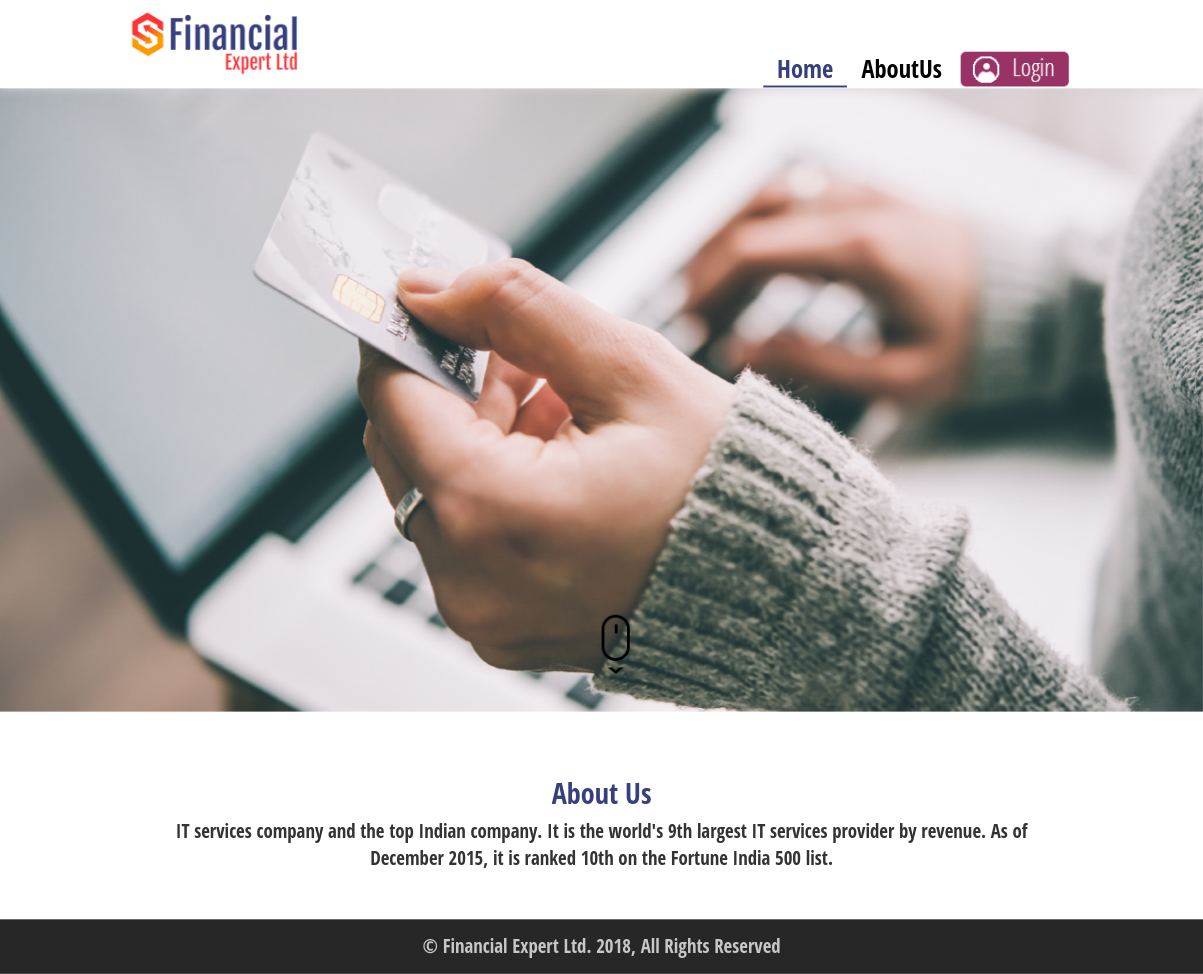
Repository: intkhabahmed/AcceleratedBootcampWebsites
Page: http://localhost/BenefitsCards/UI/index.jsp
The author's editor kept a copy of each file at every save. The page is drawn from the files as they stood at one save, then again after a run of saves.
The browser window is 1280 px wide. The pictures show the whole page, at 94% of full size.
Some web fonts or font styles are not loaded; a fallback is used. The page is served by Tomcat 9. Nobody is signed in. The application's start-up code is not run. Other server files are loaded and not shown.

Above is the page before, as saved 2018-01-30 05:35:47.

### BenefitsCards/WebContent/UI/index.jsp
<%@ page language="java" contentType="text/html; charset=ISO-8859-1"
	pageEncoding="ISO-8859-1"%>
<%@taglib uri="http://java.sun.com/jsp/jstl/core" prefix="c"%>
<!DOCTYPE html>
<html>
<head>
<title>Home</title>
<meta http-equiv="Content-Type" content="text/html; charset=ISO-8859-1">
<meta name="viewport" content="width=device-width, initial-scale=1.0">
<link rel="stylesheet" type="text/css" href="css/bootstrap.min.css">
<link rel="stylesheet" type="text/css" href="css/font-awesome.min.css">
<link rel="stylesheet" type="text/css" href="css/custom.css">
<link
	href='https://fonts.googleapis.com/css?family=Open Sans Condensed:300'
	rel='stylesheet'>
</head>
<body id="home">

	<jsp:include page="header.jsp"></jsp:include>


	<!-- <div class="row"> -->
	<div id="carousel-example-generic" class="carousel slide"
		data-ride="carousel">
		<!-- Indicators -->
		<img src="images/downarrow.png" alt="DownArrow" id="downarrow" />
		<!-- Wrapper for slides -->
		<div class="carousel-inner" role="listbox">
			<div class="item active">
				<img src="images/banner.png" alt="">
			</div>
		</div>

	</div>
	<!--end carousel-->

	<!-- </div> -->
	<div class="container">
		<hr>
		<div class="row">
			<div id="aboutus">
				<h2 align="center">About Us</h2>
				<p align="center">IT services company and the top Indian
					company. It is the world's 9th largest IT services provider by
					revenue. As of December 2015, it is ranked 10th on the Fortune
					India 500 list.</p>
			</div>
			<!--end aboutus-->
		</div>
		<hr>
	</div>
	<!--end container-->
	<div id="footer">
		<footer>
			<p align="center">&copy; Financial Expert Ltd. 2018, All Rights
				Reserved</p>
		</footer>
	</div>
	<div class="overlay" title="click to close"></div>
	<div id="loginWindow">
		<h2 align="center">Login Form</h2>
		<form class="form-vertical" method="post" action="login.html"
			id="login_form">
			<div class="form-group">
				<input type="text" name="username" required="required"
					class="form-control" placeholder="Enter UserName" /> <input
					type="password" name="password" required="required"
					class="form-control" placeholder="Enter Password" />

			</div>
			<div class="form-group">
				<h4><a href="#" class="pull-left">Forgot Password?</a></h4> <input
					type="submit" name="login_btn" id="login_btn" value="Login"
					class="pull-right btn btn-default" />
			</div>
		</form>
	</div>
	<div id="queryWindow">
		<h2 align="center">Query Form</h2>
		<form class="form-vertical" method="post" action="askQuery.html"
			id="query_form">
			<div class="form-group">
				<label class="form-label" for="receiver">Choose Company</label> <br>
				<input type="radio" name="receiver" required="required"
					value="BeneesFradia" /> BeneesFradia &nbsp;&nbsp;
					<input type="radio" name="receiver" value="QuickgunHeadley"/> QuickgunHeadley <br>
			</div>
			<div class="form-group">
				<textarea rows="4" class="form-control"
					placeholder="Enter the query" name="query"></textarea>
				<input type="submit" name="querySubmit_btn" id="querySubmit_btn"
					value="Send" class="form-control btn btn-default" />
			</div>
		</form>
	</div>

	<script type="text/javascript" src="js/jquery-3.1.0.min.js"></script>
	<script type="text/javascript" src="js/bootstrap.min.js"></script>
	<script type="text/javascript" src="js/custom.js"></script>
	<c:if test="${errorMessage ne null}">
		<%-- 	<div class="alert alert-danger" role="alert" >"${errorMessage}"</div> --%>
		<script>
			alert("${errorMessage}");
			showLoginPage();
		</script>
	</c:if>
	<c:if test="${successMessage ne null}">
		<%-- 	<div class="alert alert-success" role="alert">"${successMessage}"</div> --%>
		<script>
			alert("${successMessage}");
		</script>
	</c:if>
</body>
</html>

### BenefitsCards/WebContent/UI/header.jsp
<%@ page language="java" contentType="text/html; charset=ISO-8859-1"
    pageEncoding="ISO-8859-1"%>
<%@taglib uri="http://java.sun.com/jsp/jstl/core" prefix="c" %>
<nav class="navbar navbar-custom navbar-custom-fitting">
	  <div class="container">
	    <!-- Brand and toggle get grouped for better mobile display -->
	    <div class="navbar-header">
	      <button type="button" class="navbar-toggle collapsed" data-toggle="collapse" data-target="#bs-example-navbar-collapse-1" aria-expanded="false">
	        <span class="sr-only">Toggle navigation</span>
	        <span class="icon-bar"></span>
	        <span class="icon-bar"></span>
	        <span class="icon-bar"></span>
	      </button>
	      <a class="navbar-brand" href="index.html"><img src="images/team1logo.png" height="70" alt="Team1"></a>
	    </div>

	    <!-- Collect the nav links, forms, and other content for toggling -->
	    <div class="collapse navbar-collapse" id="bs-example-navbar-collapse-1">
	      <ul class="nav navbar-nav navbar-right" id="main-nav">
	        <li class="active"><a href="#home">Home <span class="sr-only">(current)</span></a></li>
	        <li><a href="#aboutus">AboutUs</a></li>
	        <c:if test="${sessionScope.user.username eq null}">
	        <li id="login_button" onclick="showLoginPage()"><img src="images/loginbtn.png" class="img img-responsive"/></li>
	      	</c:if>
	      	<c:if test="${sessionScope.user.username ne null}">
	      	<li id="raiseQuery_btn"><a href="#">Support</a></li>
	        <li class="dropdown">
	          <a href="#" class="dropdown-toggle" data-toggle="dropdown" role="button" aria-haspopup="true" aria-expanded="false">${sessionScope.user.username } <span class="fa fa-angle-down"></span></a>
	          <ul class="dropdown-menu">
	            <li><a href="showProfile.html">View Profile</a></li>
	            <li><a href="logout.html">Logout</a></li>
	          </ul>
	        </li>
	        </c:if>
	      </ul>
	    </div><!-- /.navbar-collapse -->
	  </div><!-- /.container-fluid -->
	</nav>

### BenefitsCards/WebContent/css/custom.css
/****************************Common CSS**************************/

.padding-10x{
	padding: 10px;
}
.padding-5x{
	padding: 5px;
}
.padding-20x{
	padding: 20px;
}

.center{
	display: block;
	margin: 0 auto;
}
.no-margin {
	margin: 0;
}
.error {
	color: red;
}
.success {
	color: #5cb85c;
}
#errorBlock{
	position: absolute;
	top: 15%;
	width: 100%;
}
body {
	font-family: Open Sans Condensed !important;
	font-size: 20px !important;
}
.dropdown-menu {
	font-size: 18px;
    background-color: #000;
    opacity: 0.7;
    border: 1px solid #ccc;
    border: 1px solid rgba(0,0,0,.15);
    border-radius: 0px;
    top: 110%;
}
.dropdown-menu li a{
	color: #ffffff;
}
.dropdown-menu li a:hover {
	color: #8080ff;
	background: #000000;
	opacity: 1;
}
.dropdown> a{
	max-height: 36px;
}

input, button, .form-control, .btn {
	border-radius: 0px !important;
}

input[type=submit]:hover, .btn:hover {
	color: #333333;
}
p {
    margin: 0 10px;
}
/***********************Index Page*********************************/
hr {
	border-top: none;
}
#home {
	padding-top: 94px;
}
#formContainer {
	border-radius: 15px;
	padding: 10px;
	z-index: 1;
}

#login_btn_cover {
	padding: 3px;
}

#homeBannerImage{
	min-height: 370px;
	z-index: 1;
}

@media screen and (min-width: 991px){
	.navbar-custom-fitting {
		width: 100%;
	}
	.container {
		max-width: 1024px;
	}

	.navbar-brand {
		padding: 10px !important;
	}
	#main-nav {
		margin-top: 39px;
		height: 53px;
		padding-top: 15px;
	}
	nav> .container {
		height: auto;
	}

	.carousel {
		width: 100%;

	}
	.carousel-inner>.item>img {
		width: 100%;
	}
	#loginWindow {
		width: 30vw;
		left: 35vw;
	}
	#uploadWindow {
		width: 40vw;
		left: 30vw;
	}
	#queryWindow {
		width: 30vw;
		left: 35vw;
	}
}

@media screen and (min-width: 768px) and (max-width: 990px){
	#main-nav {
		height: 40px;
		padding-top: 23px;
		margin-top: 30px;
	}

	.navbar-custom-fitting {
		width: 100%;
	}
	.navbar-brand {
		padding: 10px !important;
    	height: auto;
	}
	#login_button {
		margin-bottom: 2px;
	}
	nav> .container {
		height: 92px;
	}
	.carousel {
		width: 100%;
		height: 60vh;
	}
	.carousel-inner>.item>img {
		width: 100%;
		height: 60vh;
	}
	.container {
		max-width: 100%;
		width: 100%;
	}
	#loginWindow {
		width: 40vw;
		left: 35vw;
	}
	#uploadWindow {
		left: 30vw;
		width: 40vw;
	}
	#queryWindow {
		width: 40vw;
		left: 35vw;
	}
}

@media screen and (max-width: 767px){
	nav> .container {
		padding: 2px;
		width: 100%;
		height: auto;
	}

	.navbar-custom-fitting {
		width: 100%;
	}
	.navbar-brand {
		padding: 0px 25px !important;
	}
	.navbar-header {
		height: 90px;
	}
	#main-nav {
		margin-top: 39px;
		background-color: #ffffff;
   	 	padding: 15px;

	}
	#login_button {
		margin: 5px 15px;
	}
	.carousel {
		width: 100%;
		height: 50vh;
		margin: 0 auto;
	}
	.carousel-inner>.item>img {
		width: 100%;
		height: 50vh;
	}
	.container {
		max-width: 100%;
		width: 100%;
	}
	#loginWindow, #uploadWindow, #queryQindow {
		width: 100%;
	}
	#shortcut_links .col-sm-4 img {
		display: block;
		margin: 0 auto;
		width: 100%;
	}
	.navbar-toggle {
		margin-top: 30px;
    	margin-right: 45px;
	}
}
.navbar-nav {
	font-size: 26px !important;
}
#login_button {
	cursor: pointer;
	margin-left: 5px;
}
.navbar-nav> .active a {
	border-bottom: 2px solid #373f7c ;
	color: #373f7c !important;
	background-color: transparent !important;
}

.navbar {
	border-radius: 0px;
}

.navbar-custom {
	background: #FFFFFF;
}

.navbar-nav a {
	transition: all 0.5s ease-in-out;
}

.contact-form-fields input {
	margin: 3px 0;
}

.navbar-nav a{
	color: #000000;
}

.navbar-custom-fitting {
	position: fixed;
	top: 0;
	z-index: 1030;
	box-shadow: -1px 1px 11px 0px #d2d2d2;
}

.navbar-nav>li>a {
	padding: 8px 15px !important;
}

/***********************UserProfile Page*********************************/
.navbar-toggle>.icon-bar {
	background-color: #000000;
}
.navbar-toggle {
	border-color: #000000;
}
.navbar-toggle:hover {
	border-color: #333333;
	background-color: #eeeeee;
}

/***********************Footer******************************************/
#footer {
	background: #282727;
	color: #c7c7c7;
	width: 100%;
	padding: 15px;
}

#footerSpace{
	margin-top: 65px;
}

/***********************Error Page*********************************/
#errorBlock{
	position: absolute;
	top: 15%;
	width: 100%;
}

/***********************Login Modal View*********************************/
.overlay {
	position: fixed;
	top: 0;
	left: 0;
	width: 100%;
	opacity: 0.7;
	min-height: 100%;
	display: none;
	background-color: #000000;
	z-index: 1031;
	cursor: pointer;
}
#loginWindow, #uploadWindow, #queryWindow {
	position: fixed;
	top: 25vh;
	z-index: 1032;
	opacity: 1;
	display: none;
	color: #ffffff;
	background-color: #373f7c;
	padding: 10px;
}
#loginWindow a {
	color: #eeeeee;
}

#login_form input, #upload_form input, #query_form input{
	margin: 10px 0;

}

textarea {
    resize: none;
}

#left-control-button, #right-control-button {
	padding-bottom: 5px;
	background-color: #ffffff;
	color: #000000;
}

#aboutus {
	padding: 10px;

}
#aboutus h2 {
	color: #373f7c;
}
.carousel-control {
	top: 50%;
}
.carousel-control.left, .carousel-control.right {
	background-image: none;
}

#downarrow {
	position: absolute;
	bottom: 40px;
	left: 50%;
	z-index: 1;
}


#profile_logo_container {
	box-shadow: 0px 1px 11px 0px #d2d2d2;
	padding: 5px;
	width: 100%;
}
#login_btn, #querySubmit_btn {
	background: #ffffff;
}
#login_btn:hover, #querySubmit_btn:hover {
	color: #373f7c;
}
input[type=submit], .btn {
	font-size: 26px;
	padding-top: 0px;
	border: 0px;
	background: #373f7c;
}
input[type=submit]:active, .btn:active {
	background: #373f7c !important;
}
input[type=submit]:hover, .btn:hover {
	background: #373f7c;
	color: #eeeeee;
}

### BenefitsCards/WebContent/js/custom.js
$(function(){
	$("nav a").click(function(){
		$('html, body').animate({
        scrollTop: $(this.hash).offset().top
    }, 1500);
    return false;
	});

	$("nav a").click(function(){
		$("nav li").removeClass("active");
		$(this).parent().addClass("active");
	});


	$(".overlay").on('click', function(){
		$(this).fadeOut();
		$("#loginWindow").fadeOut();
		$("#uploadWindow").fadeOut();
		$("#queryWindow").fadeOut();
	});

	$("#uploadForm, #uploadForm_shortcut").on('click', function(){
		$(".overlay").fadeIn();
		$("#uploadWindow").fadeIn();
		return false;
	});

	$("#raiseQuery_btn").on('click', function(){
		$(".overlay").fadeIn();
		$("#queryWindow").fadeIn();
	});

	$(".carousel-control.left").mouseenter(function(){
		$("#left-indicator img").attr("src", "images/leftarrow_ro.png");
	});
	$(".carousel-control.right").mouseenter(function(){
		$("#right-indicator img").attr("src", "images/rightarrow_ro.png");
	});

	$(".carousel-control.left").mouseleave(function(){
		$("#left-indicator img").attr("src", "images/leftarrow.png");
	});
	$(".carousel-control.right").mouseleave(function(){
		$("#right-indicator img").attr("src", "images/rightarrow.png");
	});

	$("#proposalSubmit_btn").bind('click', function(){
		var input = document.getElementById("fileInput");
		if(input.files[0].size >= 10485760){
			alert("File size should be less than 10MB");
			return false;
		}else{
			$("#upload_form").attr("action", "uploadFile.html");
			return true;
		}
	});

	$("#login_button img").mouseenter(function(){
		$(this).attr("src", "images/loginbtn_over.png");
	});
	$("#login_button img").mouseleave(function(){
		$(this).attr("src", "images/loginbtn.png");
	});

});
function showLoginPage(){
	$(".overlay").fadeIn();
	$("#loginWindow").fadeIn();
}
function showAlert(value){
	alert(value.text());
}

Loaded but not shown: BenefitsCards/WebContent/css/bootstrap.min.css (library); BenefitsCards/WebContent/css/font-awesome.min.css (library); BenefitsCards/WebContent/js/jquery-3.1.0.min.js (library); BenefitsCards/WebContent/js/bootstrap.min.js (library)

After the next 2 saves:
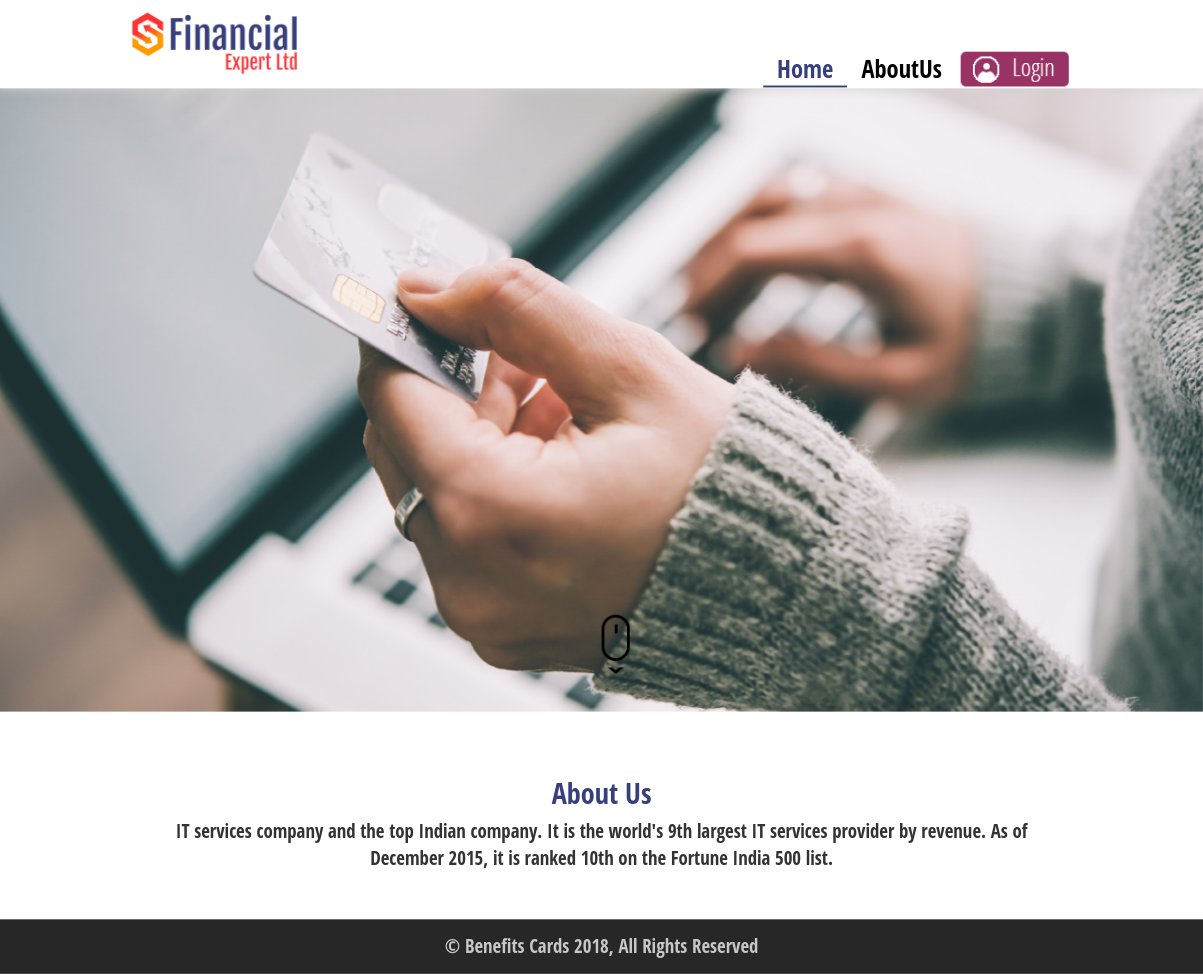
The 2 saves are shown as one change because they came seconds apart.
The last was saved 109 s later.
--- a/BenefitsCards/WebContent/UI/index.jsp
+++ b/BenefitsCards/WebContent/UI/index.jsp
@@ -52,7 +52,7 @@
 	<!--end container-->
 	<div id="footer">
 		<footer>
-			<p align="center">&copy; Financial Expert Ltd. 2018, All Rights
+			<p align="center">&copy; Benefits Cards 2018, All Rights
 				Reserved</p>
 		</footer>
 	</div>
